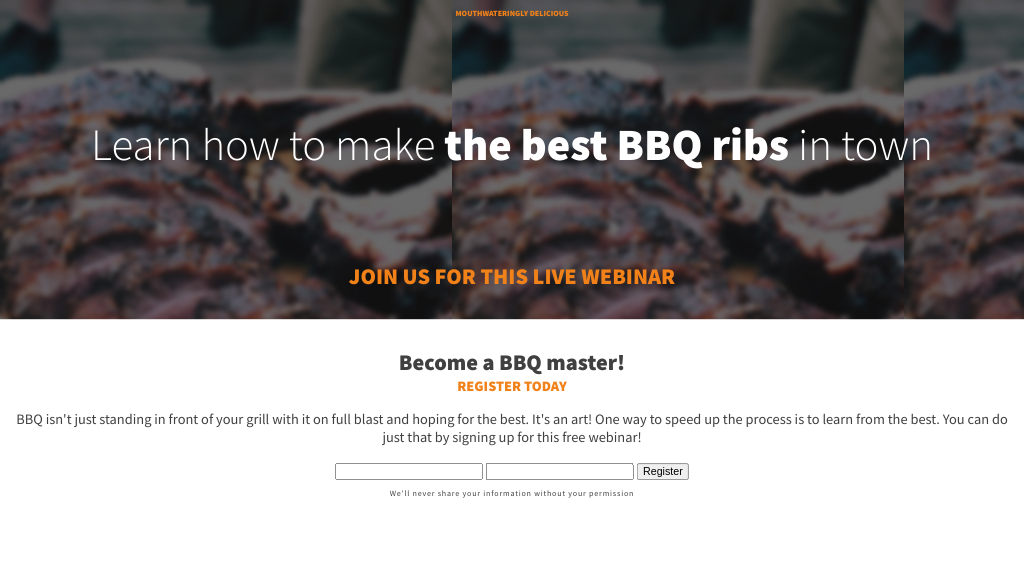
Repository: Doumham-Armah/BBQ-landing-page
Page: index.html
The author's editor kept a copy of each file at every save. The page is drawn from the files as they stood at one save, then again after the next save.
The browser window is 1280 px wide. The pictures show the whole page, at 80% of full size.

Above is the page before, as saved 2021-09-04 18:37:29.

### index.html
<!DOCTYPE html>
<html lang="en">
  <head>
    <link
      href="https://fonts.googleapis.com/css?family=Source+Sans+Pro:300,400,900&display=swap"
      rel="stylesheet"
    />
    <link href="styles.css" rel="stylesheet" />

    <title>BBQ Page</title>
  </head>

  <body>
    <div class="splitter">
      <section class="intro">
        <p class="top-text">Mouthwateringly delicious</p>
        <h1>Learn how to make <strong>the best BBQ ribs</strong> in town</h1>
        <p>Join us for this live webinar</p>
      </section>

      <section class="main-content">
        <div class="container">
          <h2>Become a BBQ master!</h2>
          <p>Register Today</p>
          <p>
            BBQ isn't just standing in front of your grill with it on full blast
            and hoping for the best. It's an art! One way to speed up the
            process is to learn from the best. You can do just that by signing
            up for this free webinar!
          </p>
          <input type="text" />
          <input type="text" />
          <button class="btn register-btn">Register</button>
          <p class="fine-print">
            We'll never share your information without your permission
          </p>
        </div>
      </section>
    </div>
  </body>
</html>

### styles.css
/*  font-family: 'Source Sans Pro', sans-serif;  */

body {
  margin: 0;
  font-family: "Source Sans Pro", sans-serif;
  font-size: 1rem;
  color: #404040;
  text-align: center;
}

/* =================
 Typography
 ================= */

h1 {
  font-size: 2.25rem;
  font-weight: 300;
  color: #fff;
  margin: 2em 0;
}

h1 + p {
  color: #f18119;
  font-weight: 900;
  font-size: 1.3125rem;
  text-transform: uppercase;
  margin: 0;
}

h2 {
  font-size: 1.3125rem;
  margin: 0;
}

h2 + p {
  font-weight: 900;
  color: #f18119;
  margin-top: 0;
  text-transform: uppercase;
}

.top-text {
  font-size: 0.625rem;
  color: #f18119;
  font-weight: 900;
  text-transform: uppercase;
  order: -1;
}

.fine-print {
  font-size: 0.625rem;
  letter-spacing: 1px;
}

strong {
  font-weight: 900;
}

/* =================
 Intro section
 ================= */

.intro {
  background-image: url(images/dark-ribs.jpg);
  background-color: #404040;
  padding: 0 0.5em 2em;
  display: flex;
  flex-direction: column;
}

/* =================
 main-content section
 ================= */

.main-content {
  padding: 2em 1em;
}

/* =================
 media queries
 ================= */

@media (min-width: 500px) {
  body {
    font-size: 1.125rem;
  }

  h1 {
    font-size: 3.5rem;
  }

  h2,
  h1 + p {
    font-size: 1.75rem;
  }
}

After the next save:
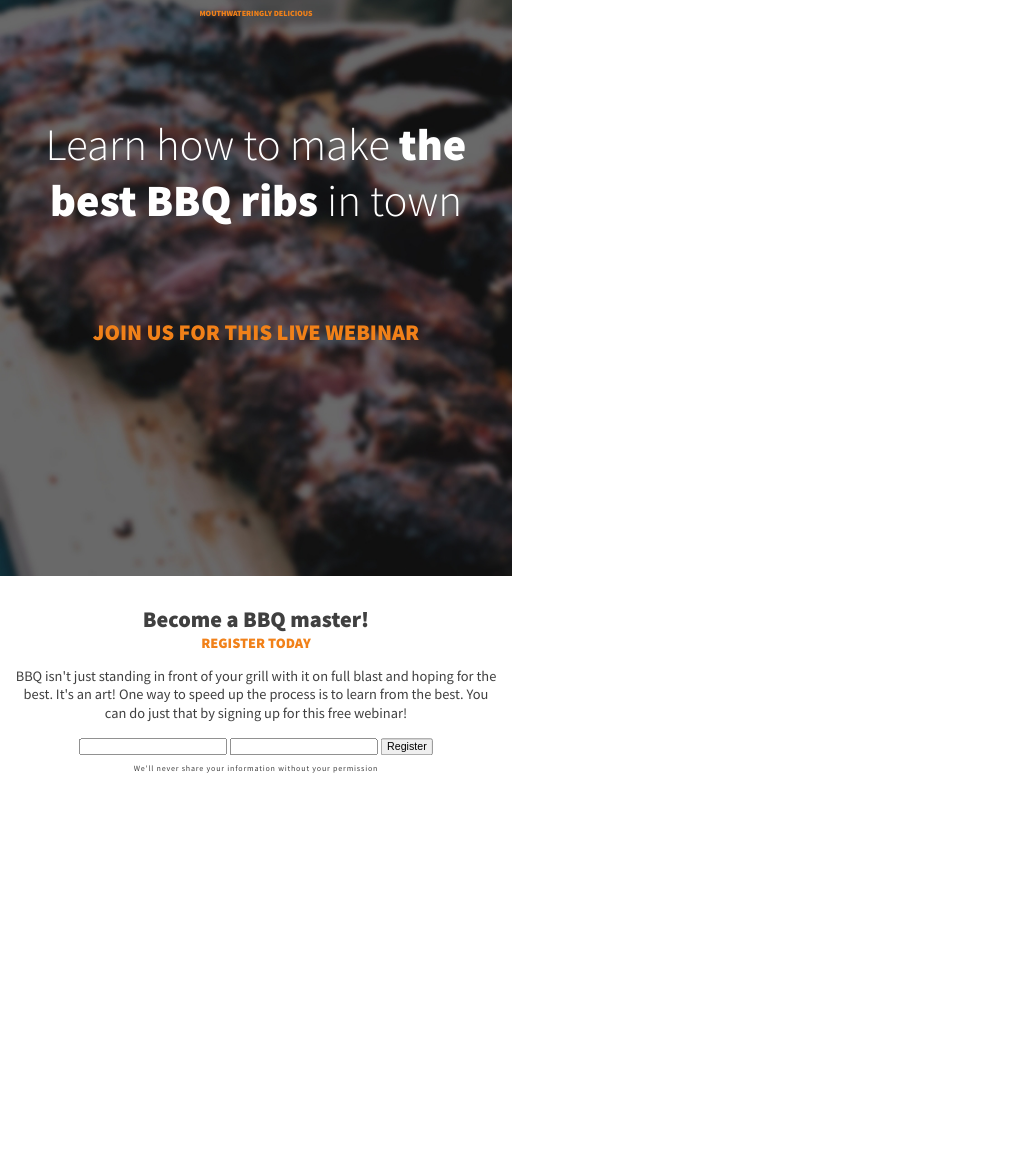
Saved 25 min 59 s later.
--- a/styles.css
+++ b/styles.css
@@ -1,4 +1,8 @@
 /*  font-family: 'Source Sans Pro', sans-serif;  */
+
+* {
+  box-sizing: border-box;
+}
 
 body {
   margin: 0;
@@ -62,7 +66,9 @@ strong {
 
 .intro {
   background-image: url(images/dark-ribs.jpg);
+  background-size: cover;
   background-color: #404040;
+  background-position: center;
   padding: 0 0.5em 2em;
   display: flex;
   flex-direction: column;
@@ -83,6 +89,7 @@ strong {
 @media (min-width: 500px) {
   body {
     font-size: 1.125rem;
+    display: flex;
   }
 
   h1 {
@@ -93,4 +100,10 @@ strong {
   h1 + p {
     font-size: 1.75rem;
   }
+
+  .intro,
+  .main-content {
+    width: 50%;
+    min-height: 100vh;
+  }
 }
